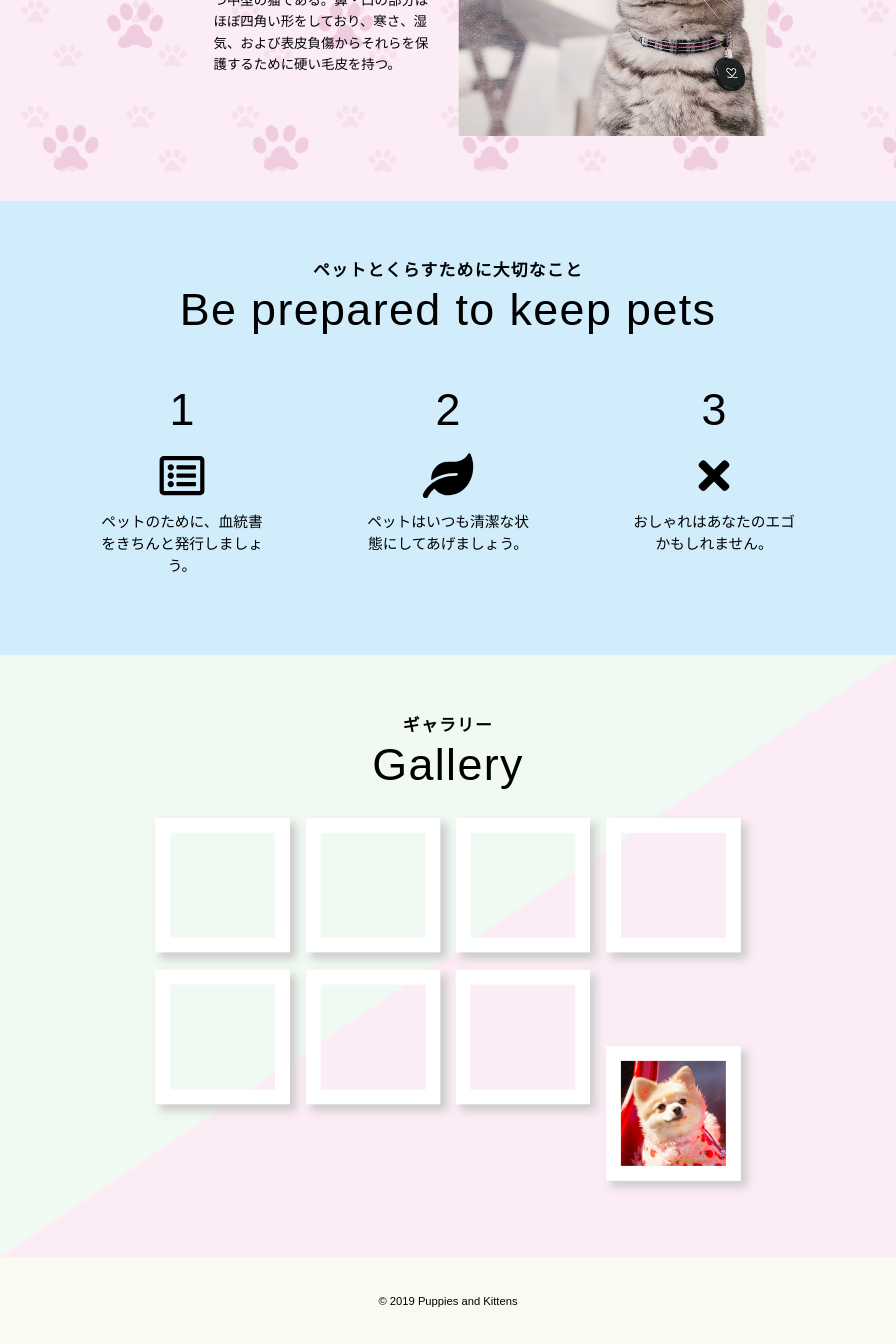
Repository: taekowithrowgit/frontend
Page: environment/api/add-api/rich-site/index.html
The author's editor kept a record of every edit. The page is drawn from the files as they stood at one moment, then again after the next edit.
The browser window is 1280 px wide. The pictures show the part of the page from y = 1962 to 3882 px (the page is 3882 px tall before and 3780 px after), at 70% of full size.
A picture or video elsewhere on the page could not be fetched, so the positions and the page height are approximate. The page's requests for data from a server got no answer. Some web fonts or font styles are not loaded; a fallback is used.

Above is the page before.

After the next edit:
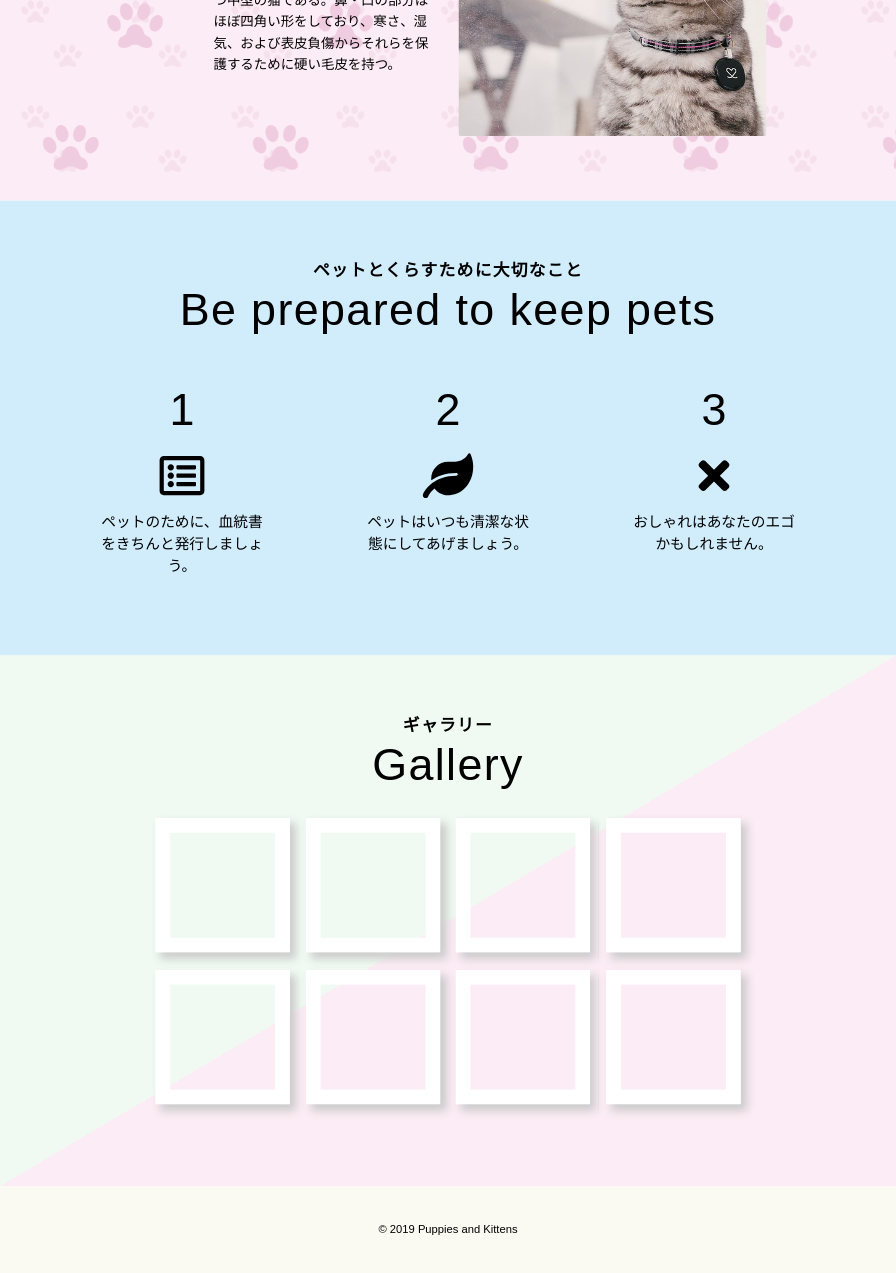
The edit:
--- a/environment/api/add-api/rich-site/index.html
+++ b/environment/api/add-api/rich-site/index.html
@@ -372,9 +372,9 @@
         <!--</a>-->
       </div>
       <div class="image-gallery__item">
-        <a class="d-inline-block" href="img/puppy4.jpg">
-          <img class="img-fluid" src="img/gallery-thumbnail/puppy4.jpg" width="150" height="150" alt="ポメラニアン">
-        </a>
+        <!--<a class="d-inline-block" href="img/puppy4.jpg">-->
+        <!--  <img class="img-fluid" src="img/gallery-thumbnail/puppy4.jpg" width="150" height="150" alt="ポメラニアン">-->
+        <!--</a>-->
       </div>
     </div>
     <!--/.image-gallery -->
